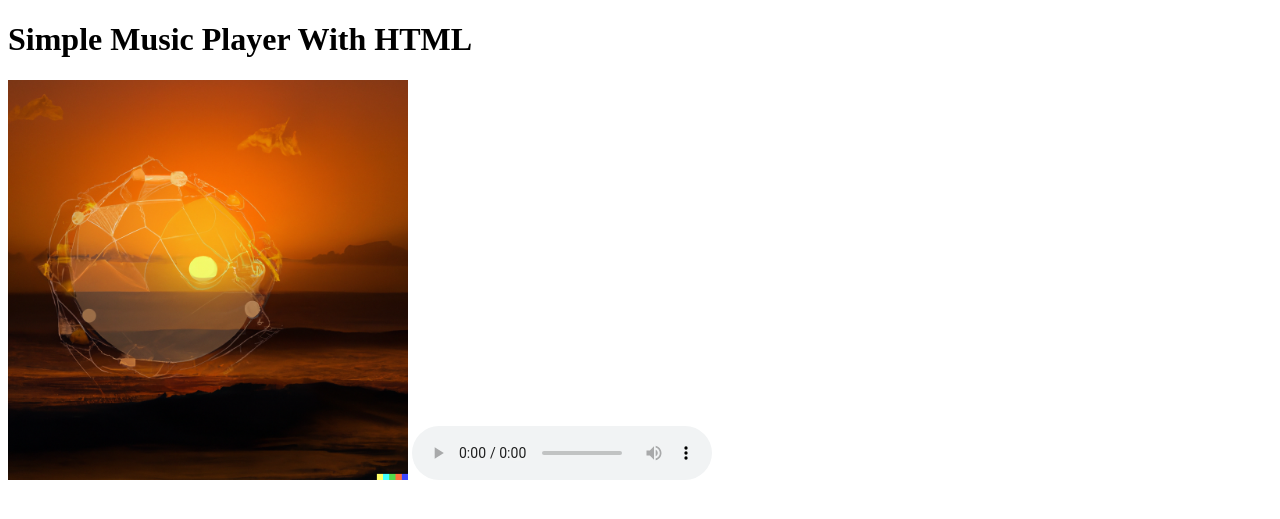
Repository: punitbathija/Placement-Assitance-iNeuron
Page: musicplayer.html
An editor plug-in stored every save of this project. The page is shown before and after the next save, followed by the edit.
The browser window is 1280 px wide. The pictures show the whole page.

Above is the page before, as saved 2023-05-18 15:03:55.

### musicplayer.html
<!DOCTYPE html>
<html lang="en">
  <head>
    <meta charset="UTF-8" />
    <meta http-equiv="X-UA-Compatible" content="IE=edge" />
    <meta name="viewport" content="width=device-width, initial-scale=1.0" />
    <title>Music Player</title>
  </head>
  <body>
    <header>
      <h1>Simple Music Player With HTML</h1>
    </header>
    <section>
      <img src="./cover.png" height="400px" width="400px" />
      <audio controls>
        <source src="leva-eternity.mp3" type="audio/mp3" />
      </audio>
    </section>
  </body>
</html>

After the next save:
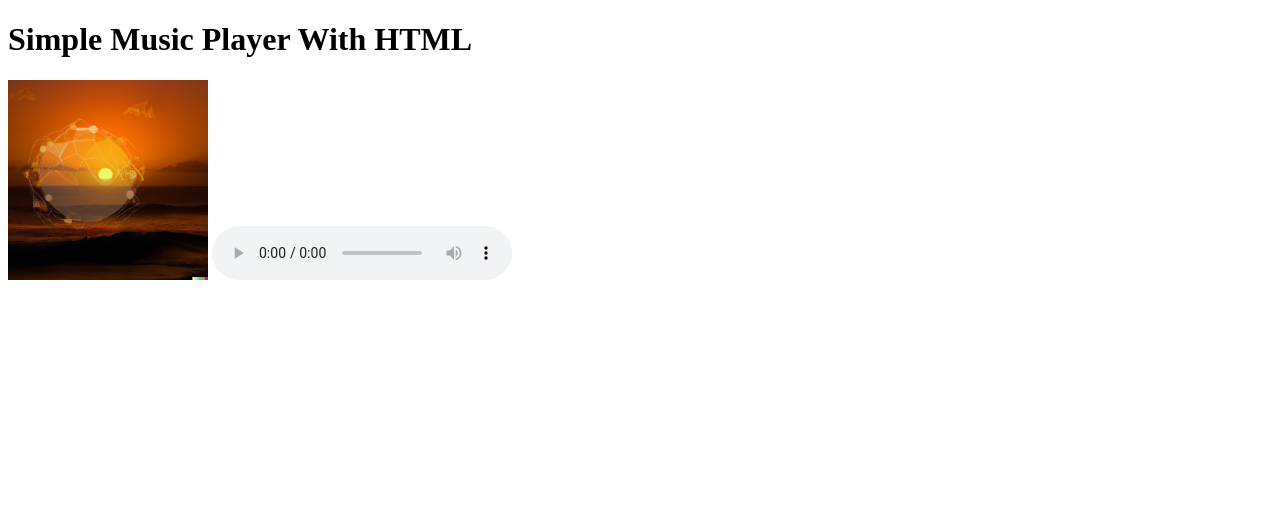
Saved 10 s later.
--- a/musicplayer.html
+++ b/musicplayer.html
@@ -11,7 +11,7 @@
       <h1>Simple Music Player With HTML</h1>
     </header>
     <section>
-      <img src="./cover.png" height="400px" width="400px" />
+      <img src="./cover.png" height="200px" width="200px" />
       <audio controls>
         <source src="leva-eternity.mp3" type="audio/mp3" />
       </audio>
